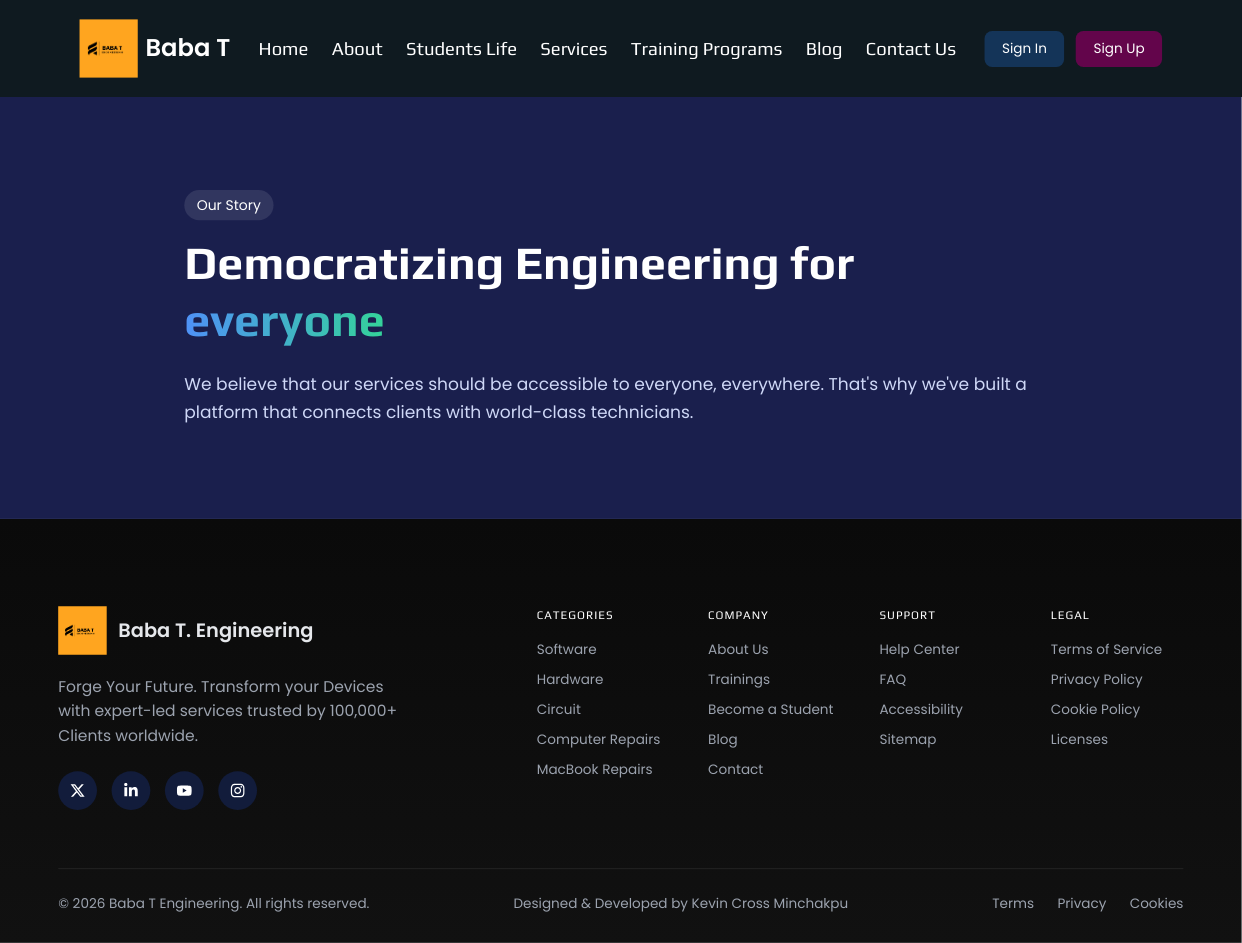
Repository: KC-Minchakpu/babatunde
Page: /about
The author's editor kept a copy of each file at every save. The page is drawn from the files as they stood at one save, then again after the next save.
The browser window is 1280 px wide. The pictures show the whole page, at 97% of full size.
The project was rebuilt for these pictures with package versions that can differ from the ones it lists, and the page was loaded fresh each time. The framework's server and built-in components were replaced by stand-ins that run in the browser. Also part of the build but not shown: next.config.ts.

Above is the page before, as saved 2026-02-20 18:33:40.

After the next save:
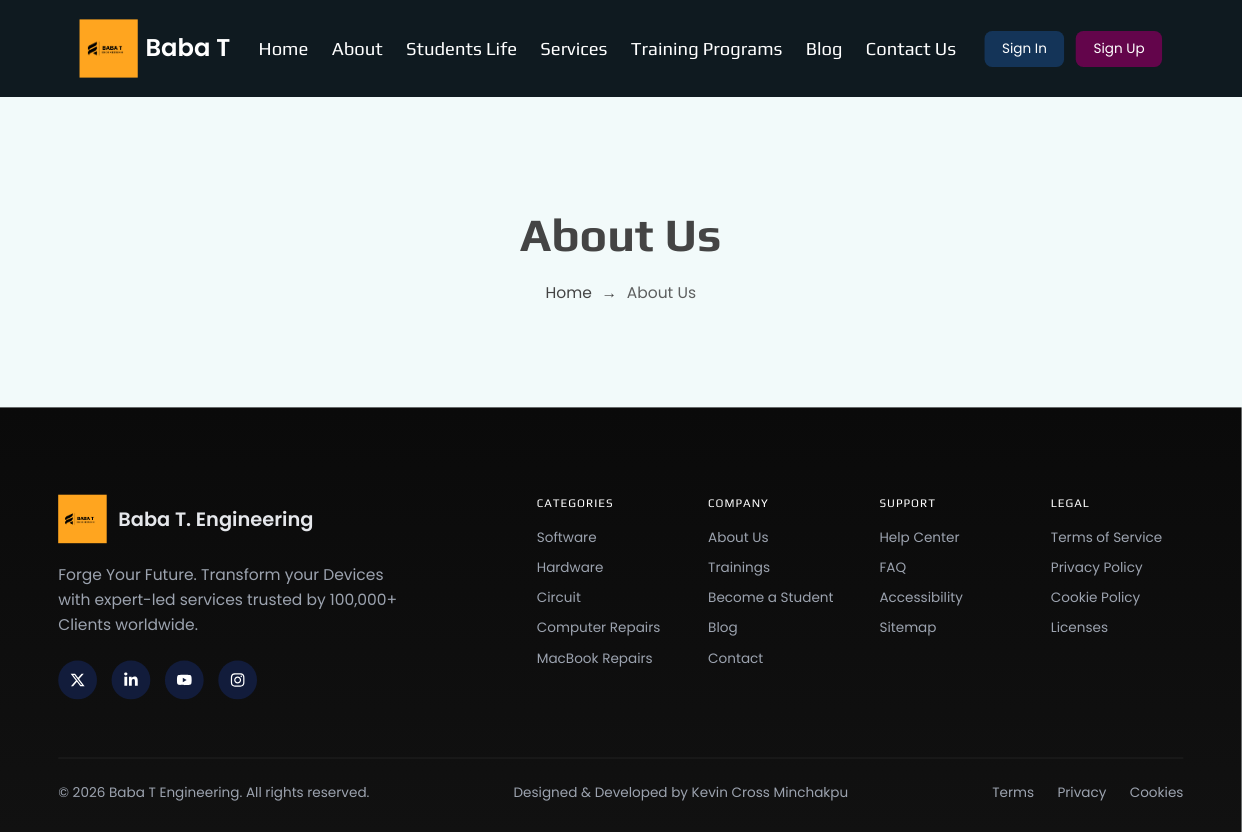
Saved 5 min 52 s later.
--- a/src/app/about/page.tsx
+++ b/src/app/about/page.tsx
@@ -1,14 +1,10 @@
-// pages/about.tsx
-import React from 'react';
-import AboutSection from '@/components/About/AboutSection';
+import PageBanner from "@/components/PageBanner/PageBanner";
 
-const AboutPage: React.FC = () => {
+
+export default function OurTeamPage() {
   return (
-    <div>
-      <AboutSection />
-      {/* You can add more sections below */}
-    </div>
-  );
-};
+    <>
+      <PageBanner title="About Us" backgroundVariant="default" />
 
-export default AboutPage;
+    </>
+  )}
